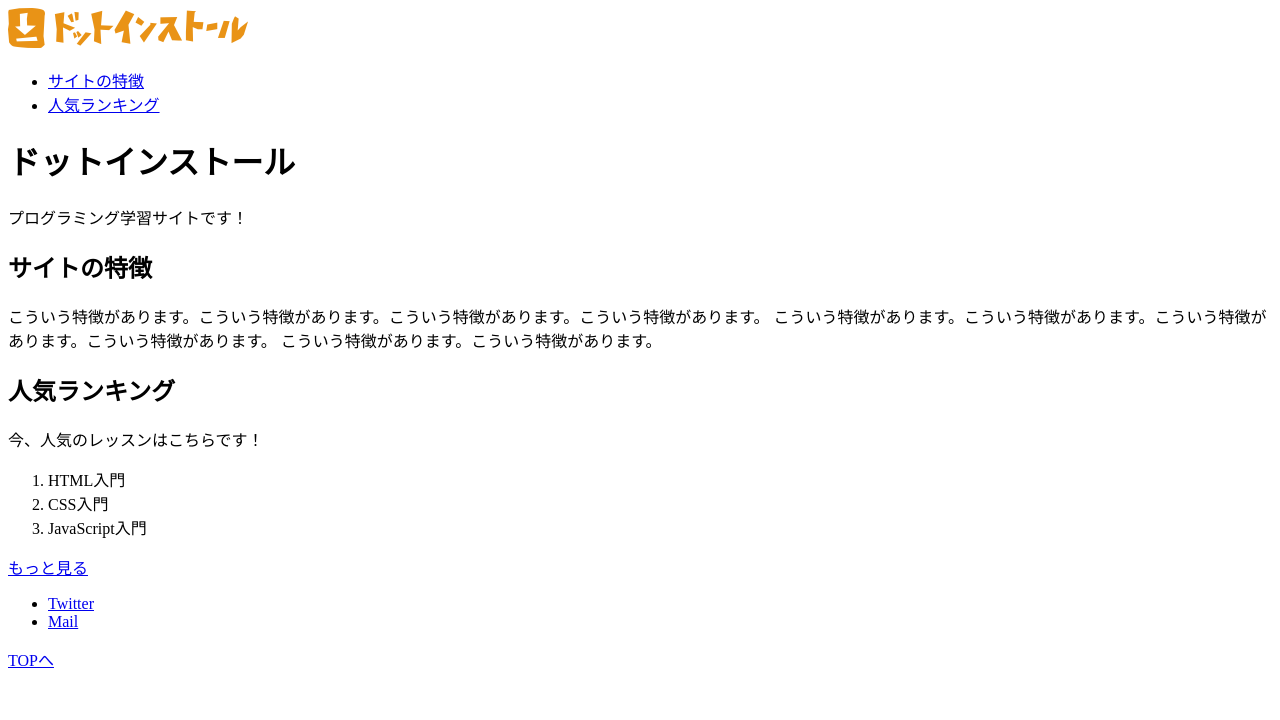
Repository: kojimayu/dotinstall-html
Page: index.html
These files come from the project's save history. The page is drawn as it stood at one moment and after the next save; the edit follows.
The browser window is 1280 px wide. The pictures show the whole page.

Above is the page before, as saved 2019-04-04 18:51:14.

### index.html
<!DOCTYPE html>
<html lang="ja">

<head>
    <meta charset="UTF-8">
    <title>ドットインストール</title>
    <meta name="description" content="プログラミング学習サイトのドットインストールです。">
    <link rel="icon" href="img/favicon.ico">
</head>

<body>
    <img src="img/logo.png" alt="ドットインストールのロゴです" width="240" height="40">

    <ul>
        <li><a href="#features">サイトの特徴</a></li>
        <li><a href="#ranking">人気ランキング</a></li>
    </ul>

    <h1>ドットインストール</h1>
    <p>プログラミング学習サイトです！</p>

    <h2 id="features">サイトの特徴</h2>
    <p>こういう特徴があります。こういう特徴があります。こういう特徴があります。こういう特徴があります。
        こういう特徴があります。こういう特徴があります。こういう特徴があります。こういう特徴があります。
        こういう特徴があります。こういう特徴があります。
    </p>

    <h2 id="ranking">人気ランキング</h2>
    <p>今、人気のレッスンはこちらです！</p>
    <ol>
        <li>HTML入門</li>
        <li>CSS入門</li>
        <li>JavaScript入門</li>
    </ol>
    <p><a href="more_lessons.html">もっと見る</a></p>

    <ul>
        <li><a href="https://twitter.com/dotinstall" target="_blank">Twitter</a></li>
        <li><a href="mailto:taguch@gmail.com" target="_blank">Mail</a></li>
    </ul>

    <p><a href="#top">TOPへ</a></p>
</body>

</html>

After the next save:
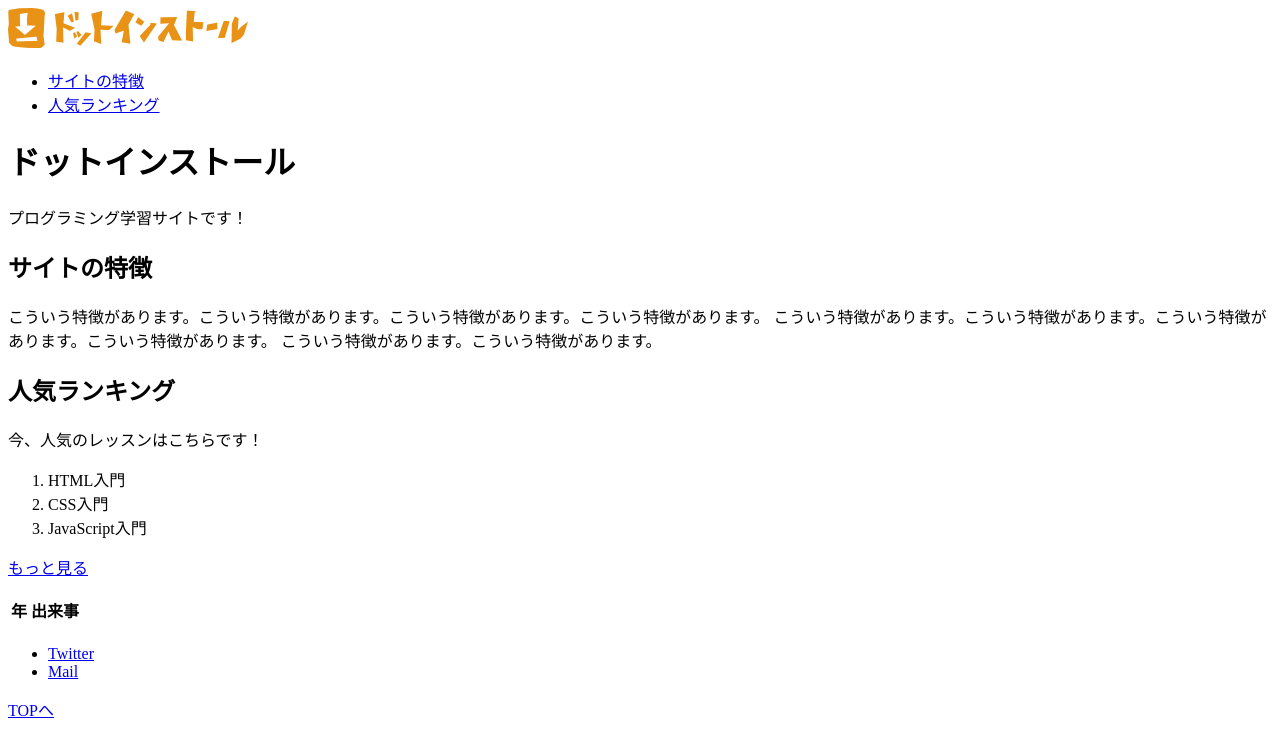
Saved 7 min 32 s later.
--- a/index.html
+++ b/index.html
@@ -34,6 +34,16 @@
     </ol>
     <p><a href="more_lessons.html">もっと見る</a></p>
 
+    <table>
+        <thead>
+            <tr><th>年</th><th>出来事</th></tr>
+        </thead>
+        <tbody>
+            <tr></tr>
+            <tr></tr>
+        </tbody>
+    </table>
+
     <ul>
         <li><a href="https://twitter.com/dotinstall" target="_blank">Twitter</a></li>
         <li><a href="mailto:taguch@gmail.com" target="_blank">Mail</a></li>
